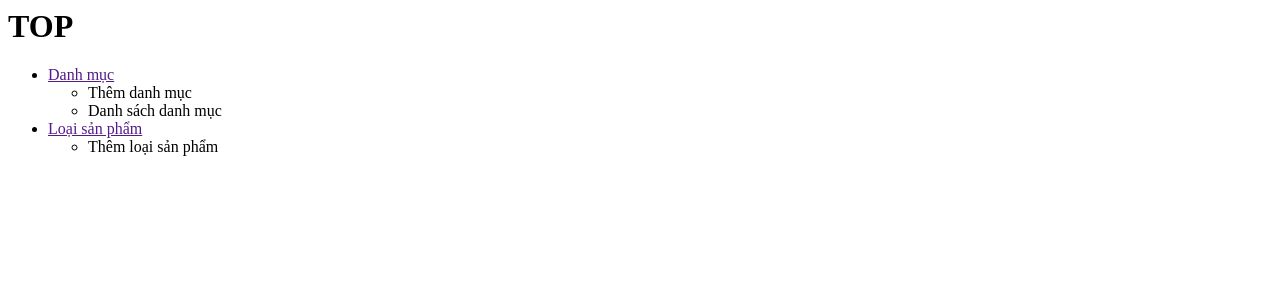
Repository: dangloc/ShoeShop
Page: admin/category.html
These files come from the project's save history. The page is drawn as it stood at one moment and after the next save; the edit follows.
The browser window is 1280 px wide. The pictures show the whole page.

Above is the page before, as saved 2022-06-19 08:54:04.

After the next save:
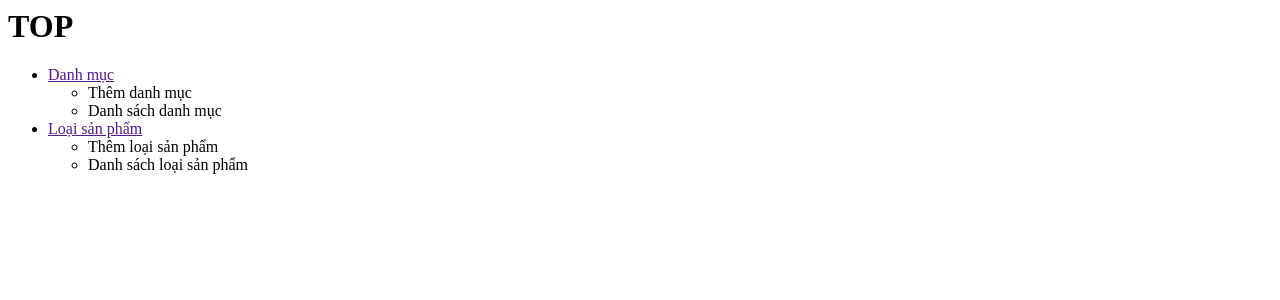
Saved 10 s later.
--- a/admin/category.html
+++ b/admin/category.html
@@ -23,6 +23,7 @@
       <li> <a href="">Loại sản phẩm</a>
         <ul>
           <li>Thêm loại sản phẩm</li>
+          <li>Danh sách loại sản phẩm</li>
         </ul>
       </li>
     </ul>
